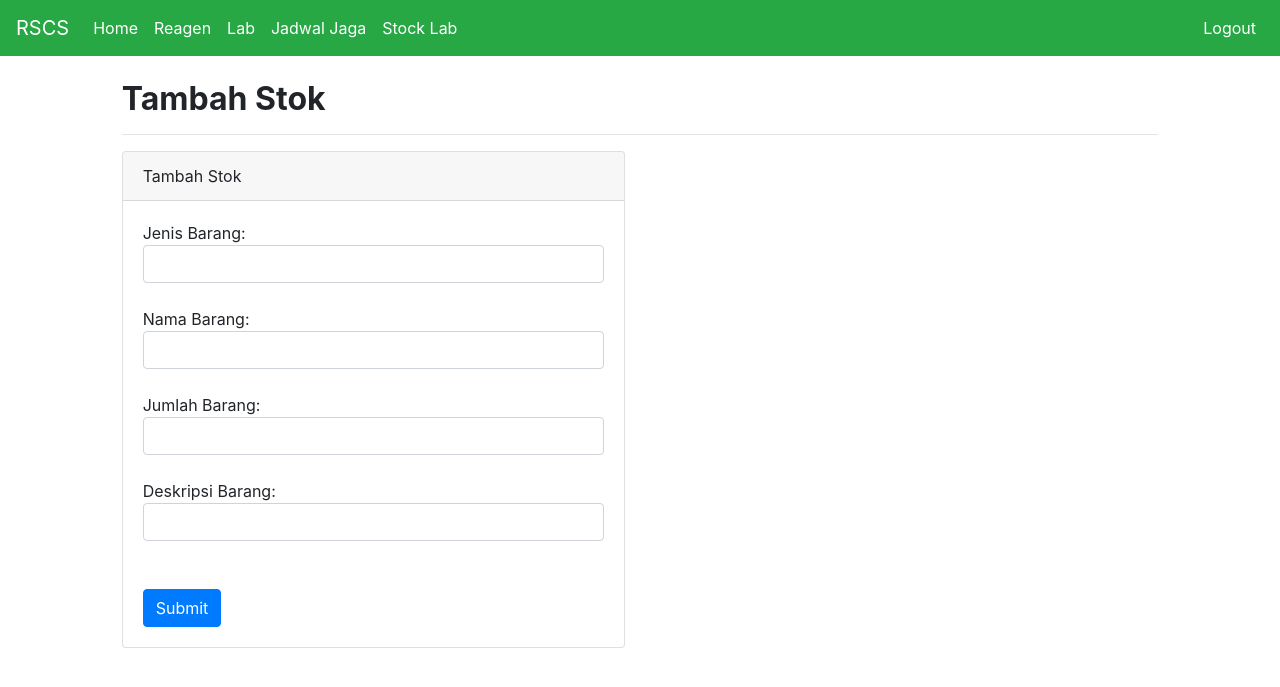
Repository: usamah1707/Tugas-Akhir-Kelompok-6
Page: http://localhost/add-stok
These files come from the project's save history. The page is drawn as it stood at one moment and after the next save; the edit follows.
The browser window is 1280 px wide. The pictures show the whole page.
The page is this project's Thymeleaf template; nobody is signed in. The template is opened directly, without the code that normally fills it, so the values that code supplies are empty.

Above is the page before, as saved 2019-06-04 04:09:02.

### TA_6/src/main/resources/templates/add-stok.html
<!DOCTYPE html>
<html xmlns:th="http://www.thymeleaf.org">

<head>
    <title>Add Stok</title>

    <object th:include="fragments/fragment :: css" th:remove="tag"></object>
    <object th:include="fragments/fragment :: js" th:remove="tag"></object>
</head>

<body>
    <nav th:replace="fragments/fragment :: navbar"></nav>

    <div class="container-fluid">

    <div class="row">
            <span class="col-md-1"></span>
            <div class="col-md-10">
                    <br>

         <h2><strong>Tambah Stok</strong></h2>
            <hr>
        <div class="row">
            <div class="col-md-6">
                <div class="card">
                    <div class="card-header">
                        Tambah Stok
                    </div>
                    <div class="card-body">
                        <form th:action="@{/lab/stok/tambah}" th:object="${stok}" method="POST">
                            Jenis Barang: <br>
                            <input type="text" name="jenisBarang" class="form-control"/>
                            <br>
                            Nama Barang: <br>
                            <input type="text" name="namaBarang" class="form-control"/>
                            <br>
                            Jumlah Barang: <br>
                            <input type="number" name="jumlahBarang" class="form-control"/>
                            <br>
                            Deskripsi Barang: <br>
                            <input type="text" name="deskripsiBarang" class="form-control"/>
                            <br><br>
                            <button type="submit" class="btn btn-primary">Submit</button>
                        </form>
                    </div>
                </div>
            </div>
        </div>
    </div>
</body>

</html>

### TA_6/src/main/resources/templates/fragments/fragment.html
<!DOCTYPE html>
<html xmlns:th="http://www.thymeleaf.org">

<head>
    <title>Home</title>
	<head th:fragment="metas">
		<meta charset="utf-8">
    	<meta name="viewport" content="width=device-width, initial-scale=1, shrink-to-fit=no">
	</head>
    <head th:fragment="css">
    	<link rel="stylesheet" th:href="@{/css/style.css}">
        <link rel="stylesheet" th:href="@{/css/bootstrap.min.css}">

    </head>

    <head th:fragment="js">
    	<script
  src="https://code.jquery.com/jquery-3.3.1.js"
  integrity="sha256-2Kok7MbOyxpgUVvAk/HJ2jigOSYS2auK4Pfzbm7uH60="
  crossorigin="anonymous"></script>
        <script th:src="@{/js/bootstrap.min.js}"></script>
    </head>
</head>

<body>
    <nav th:fragment="navbar" class="navbar navbar-expand-lg navbar-dark bg-success">
        <a class="navbar-brand" th:href="@{/}">RSCS</a>
        <div class="collapse navbar-collapse" id="navbarSupportedContent">
            <ul class="navbar-nav mr-auto">
                <li class="nav-item active">
                    <a class="nav-link" th:href="@{/}">Home</a>
                </li>

                <li class="nav-item active">
                    <a class="nav-link" th:href="@{/lab/kebutuhan}">Reagen</a>
                </li>
                 <li class="nav-item active">
                    <a class="nav-link" th:href="@{/lab/pemeriksaan}">Lab</a>
                </li>
                <li class="nav-item active">
                    <a class="nav-link" th:href="@{/lab/jadwal-jaga/tambah}">Jadwal Jaga</a>
                </li>
                 <li class="nav-item active">
                    <a class="nav-link" th:href="@{/lab/stok}">Stock Lab</a>
                </li>
            </ul>
            <ul class="navbar-nav pull-right">
            	<li class="nav-item active">
            		<a class="nav-link" th:href="@{/logout}">Logout</a>
            	</li>
            </ul>
        </div>
    </nav>
</body>

</html>

### TA_6/src/main/resources/static/css/style.css
body {
  background: #34495e;
  font: normal 300 18px "Roboto", sans-serif;
}

#menu-nav {
  max-width: 1000px;
  margin: 130px auto;
  background-color: #ecf0f1;
  border-radius: 4px;
  box-shadow: 0 2px 5px rgba(0, 0, 0, 0.3);
}

#navigation-bar ul {
  border-radius: 4px;
  overflow: hidden;
}
#navigation-bar li {
  float: left;
  width: 20%;
}
#navigation-bar li:hover a::before {
  right: 0;
  left: 0;
}
#navigation-bar a {
  color: #848484;
  font-size: 20px;
  text-decoration: none;
  text-align: center;
  padding: 20px 0;
  display: block;
  position: relative;
  transition: all 0.3s ease;
}
#navigation-bar a:hover {
  color: #e74c3c;
}
#navigation-bar a::before {
  content: "";
  transition: all 0.4s ease-in-out;
  position: absolute;
  right: 50%;
  left: 50%;
  bottom: 0;
  height: 2px;
  background-color: #e74c3c;
}
#navigation-bar a:hover::before {
  right: 0;
  left: 0;
}

li {
	list-style: none;
}

Loaded but not shown: TA_6/src/main/resources/static/css/bootstrap.min.css (library); TA_6/src/main/resources/static/js/bootstrap.min.js (library)

After the next save:
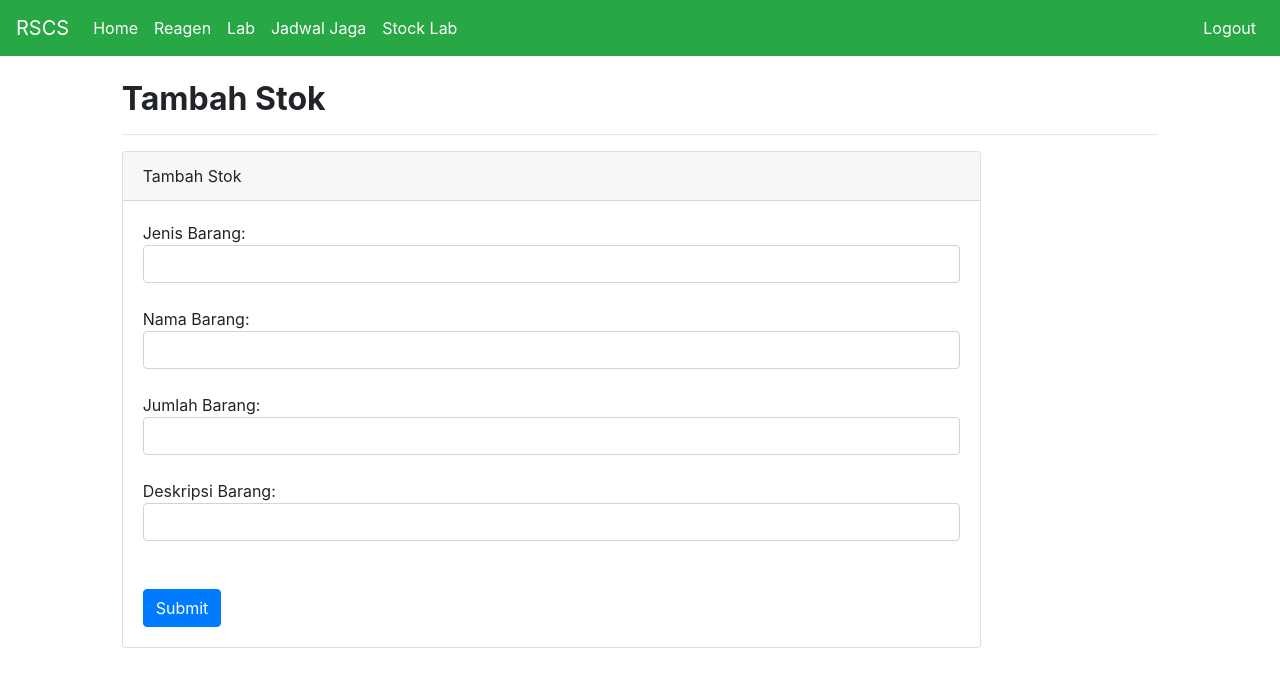
Saved 103 s later.
--- a/TA_6/src/main/resources/templates/add-stok.html
+++ b/TA_6/src/main/resources/templates/add-stok.html
@@ -21,7 +21,7 @@
          <h2><strong>Tambah Stok</strong></h2>
             <hr>
         <div class="row">
-            <div class="col-md-6">
+            <div class="col-md-10">
                 <div class="card">
                     <div class="card-header">
                         Tambah Stok
